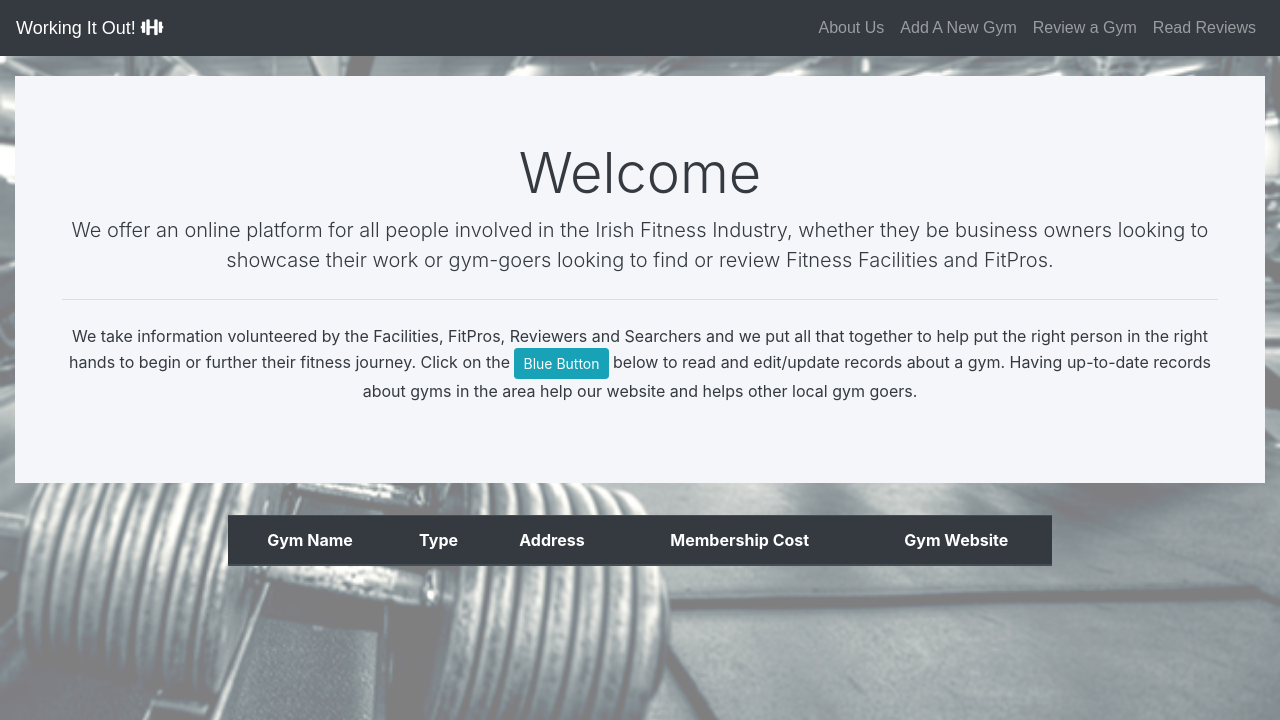
Repository: cgaynor91/Working_It_Out
Page: http://localhost/
The author's editor kept a record of every edit. The page is drawn from the files as they stood at one moment, then again after the next edit.
The browser window is 1280 px wide. The pictures show the whole page.
Some web libraries are served in a nearby version. The page is served by the project's application, run on Flask 3 (app.py). Queries for data that is not in the repository find no rows.

Above is the page before.

### templates/home.html
{% extends 'base.html'%} {% block content %}

<div class="container-fluid">

 <div class="row-welcome justify-content-center">
  <div class="col-12 text-dark">
   <div class="jumbotron">
    <h1 class="display-4">Welcome</h1>
    <p class="lead">We offer an online platform for all people involved in the Irish Fitness Industry, whether they be business owners looking to showcase their work or gym-goers looking to find or review Fitness Facilities and FitPros.</p>
    <hr class="my-4">
    <p>We take information volunteered by the Facilities, FitPros, Reviewers and Searchers and we put all that together to help put the right person in the right hands to begin or further their fitness journey. Click on the <button type="button" class="btn btn-info btn-sm">Blue Button</button>     below to read and edit/update records about a gym. Having up-to-date records about gyms in the area help our website and helps other local gym goers.</p>
   </div>
  </div>
 </div>



 <!-- Table of gym Data -->
 <div class="row justify-content-center">
  <div class="col-12 col-md-8 table-responsive table-data">
   <table class="table table-hover">
    <thead class="thead-dark">
     <tr>
      <th scope="col">Gym Name</th>
      <th scope="col">Type</th>
      <th scope="col">Address</th>
      <th scope="col">Membership Cost</th>
      <th scope="col">Gym Website</th>
     </tr>
    </thead>
    <tbody>

     {% for gym in gyms %}
     <tr>
      <td><a class="btn btn-info btn-sm" href="{{url_for('edit_gym', gym_id=gym._id)}}" role="button">{{gym.gym_name}}</a></td>
      <td>{{gym.gym_type}}</td>
      <td>{{gym.gym_address}}</td>
      <td>{{gym.cost}}</td>
      <td>{{gym.gym_url}}</td>
     </tr>
     {% endfor %}
    </tbody>
   </table>

  </div>
  {% endblock %}

### templates/base.html
<!DOCTYPE html>
<html>

<head>
    <link rel="stylesheet" href="https://stackpath.bootstrapcdn.com/bootstrap/4.4.1/css/bootstrap.min.css">
    <link rel="stylesheet" href="https://cdnjs.cloudflare.com/ajax/libs/font-awesome/5.12.0/css/all.min.css" />
    <link rel="stylesheet" href="{{ url_for('static', filename='css/style.css') }}" type="text/css" />
    <title>Working It Out!</title>
</head>

<body>
    <header>
        <!-- Navbar taken from Bootstrap -->
        <nav class="navbar navbar-expand-md navbar-dark bg-dark home-logo-text">
            <a class="navbar-brand" href="{{url_for('get_gyms')}}">Working It Out! <i
                    class="fas fa-dumbbell"></i></a>
            <button class="navbar-toggler" type="button" data-toggle="collapse" data-target="#navbarNavAltMarkup" aria-controls="navbarNavAltMarkup" aria-expanded="false" aria-label="Toggle navigation">
                <span class="navbar-toggler-icon"></span>
            </button>
            <div class="collapse navbar-collapse" id="navbarNavAltMarkup">
                <div class="navbar-nav ml-auto">
                    <a class="nav-item nav-link" href="{{url_for('about')}}">About Us</a>
                    <a class="nav-item nav-link" href="{{url_for('add_new_gym')}}">Add A New Gym</a>
                    <a class="nav-item nav-link" href="{{url_for('gym_review')}}">Review a Gym</a>
                    <a class="nav-item nav-link" href="{{url_for('read_review')}}">Read Reviews</a>


                </div>
            </div>

        </nav>
    </header>

    <!-- Background image -->
    <div class="container-fluid bg"></div>


                {% block content %} {% endblock %}



    <script src="https://code.jquery.com/jquery-3.4.1.slim.min.js"></script>
    <script src="https://cdn.jsdelivr.net/npm/popper.js@1.16.0/dist/umd/popper.min.js"></script>
    <script src="https://stackpath.bootstrapcdn.com/bootstrap/4.4.1/js/bootstrap.min.js"></script>
</body>

</html>

### app.py
import os
from flask import Flask, render_template, redirect, request, url_for
from flask_pymongo import PyMongo
from bson.objectid import ObjectId

app = Flask(__name__)
app.config["MONGO_DBNAME"] = 'working_it_out'
app.config["MONGO_URI"] = os.getenv('MONGO_URI')

mongo = PyMongo(app)


@app.route('/')
@app.route('/get_gyms')
def get_gyms():
    return render_template("home.html", gyms=mongo.db.gyms.find())

@app.route("/about")
def about():
    return render_template("about.html")


@app.route("/add_new_gym")
def add_new_gym():
    return render_template("add_gym.html")

# Sends the data that the user inserts to the database

@app.route("/insert_gym", methods=['POST'])
def insert_gym():
    gym = mongo.db.gyms
    gym.insert_one(request.form.to_dict())
    return redirect(url_for('get_gyms'))


# Allows user to update information about a gym

@app.route("/edit_gym/<gym_id>")
def edit_gym(gym_id):
    the_gym = mongo.db.gyms.find_one({"_id": ObjectId(gym_id)})
    return render_template("update_gym.html", gym=the_gym)

@app.route("/update_gym/<gym_id>", methods=["POST"])
def update_gym(gym_id):
    gym = mongo.db.gyms
    gym.update({'_id': ObjectId(gym_id)}, {
        'gym_name' : request.form.get('gym_name'),
        'status' : request.form.get('gym_type'),
        'address' : request.form.get('gym_address'),
        'cost' : request.form.get('cost'),
        'gym_url' : request.form.get('gym_url')
    })
    return redirect(url_for('get_gyms'))

# Delete option for a user if they wish to delete a review they wrote or delete a review written by someone else that may be incorrect

@app.route("/delete_gym/<gym_id>")
def delete_gym(gym_id):
    mongo.db.gyms.remove({'_id': ObjectId(gym_id)})
    return redirect(url_for('get_gyms'))

@app.route("/leave_review")
def gym_review():
    return render_template("gym_review.html", gyms=mongo.db.gyms.find())

# Sends the data that the user inserts to the database

@app.route("/gym_review", methods=['POST'])
def insert_review():
    review = mongo.db.reviews
    review.insert_one(request.form.to_dict())
    return redirect(url_for('gym_review'))


@app.route("/read_review")
def read_review():
    return render_template("read_reviews.html", reviews=mongo.db.reviews.find())

if __name__ == '__main__':
    app.run(host=os.environ.get('IP'),
            port=int(os.environ.get('PORT')),
            debug=True)

### static/css/style.css
/* --All container-fluids to have center align-- */

.container-fluid {
    text-align: center;
}

/* --Review container-fluid to have left align-- */

.container-fluid_reviews {
    text-align: left;
}

.bg {
    background-image: url(../images/bg-image.png);
    background-size: cover;
    height: 100%;
    overflow: hidden;
    position: fixed;
    width: 100%;
    opacity: 0.5;
    z-index: -1;
}

.home-logo-text {
    font-family: 'Mansalva', cursive, sans-serif;
}

.navbar-brand {
    font-size: 18px;
}

.welcome-text {
    z-index: 1;
    position: relative;
    margin-top: 50px;
    font-family: 'Amatic SC', cursive, sans-serif;
}

.welcome-text p {
    font-size: 25px;
}

.button-text {
    font-family: Arial, Helvetica, sans-serif;
}

.row-form {
    margin-top: 25px;
}

.delete-record-advice {
    margin-top: 25px;
}

.form_font {
    font-family: Arial, Helvetica, sans-serif;
    font-size: 15px;
}

.jumbotron {
    background-color:rgba(236, 240, 241,0.1);
}

@media only screen and (max-width: 550px) {
    .table {
        font-size: 9px;
        font-weight: bold;
    }
    .btn-sm {
        font-size: 9px;

    }
    .table-data {
        padding-right: 1px;
        padding-left: 1px;
    }
}

/* --Easier read-ability, rows given white background-- */

.row-review {
    margin-top: 25px;
    background-color: rgba(245, 246, 250,1.0);
}

.row-welcome {
    margin-top: 20px;
    background-color: rgba(245, 246, 250,1.0);
}

.table {
    background-color: rgba(245, 246, 250,1.0);
}

.template-col {
    padding-right: 2px;
    padding-left: 2px;
}

After the next edit:
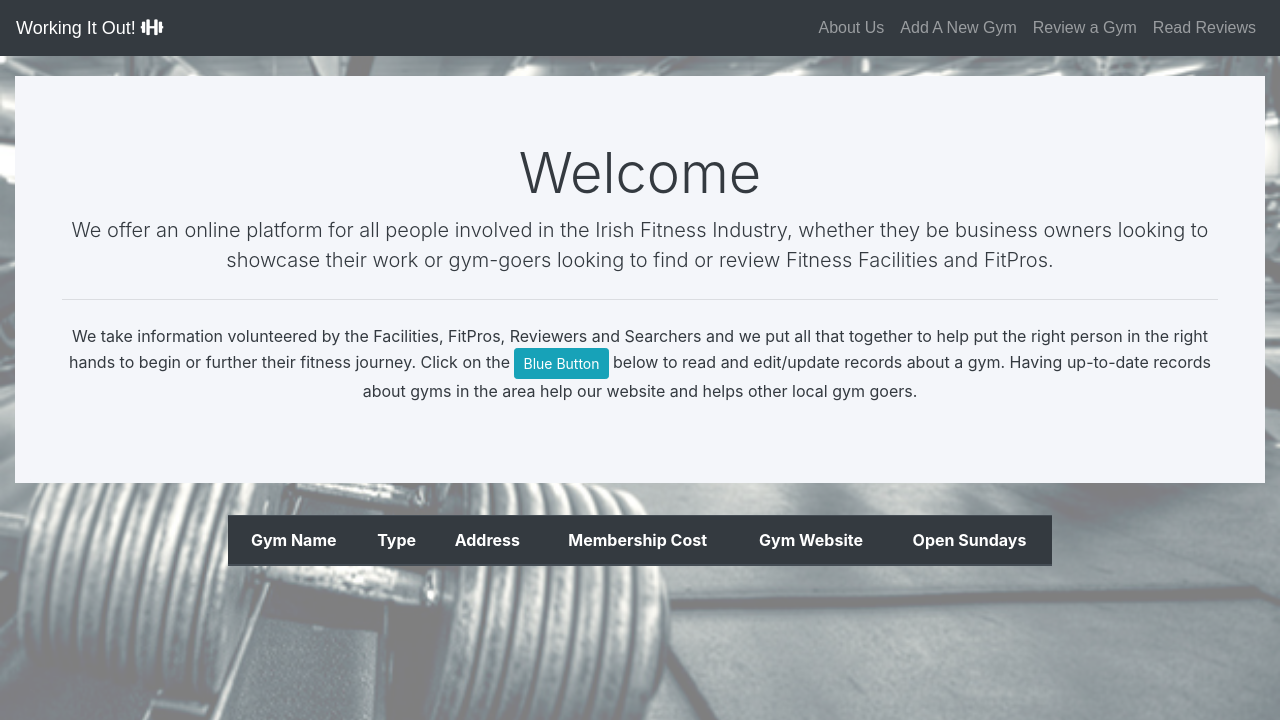
The edit:
--- a/templates/home.html
+++ b/templates/home.html
@@ -26,6 +26,7 @@
       <th scope="col">Address</th>
       <th scope="col">Membership Cost</th>
       <th scope="col">Gym Website</th>
+      <th scope="col">Open Sundays</th>
      </tr>
     </thead>
     <tbody>
